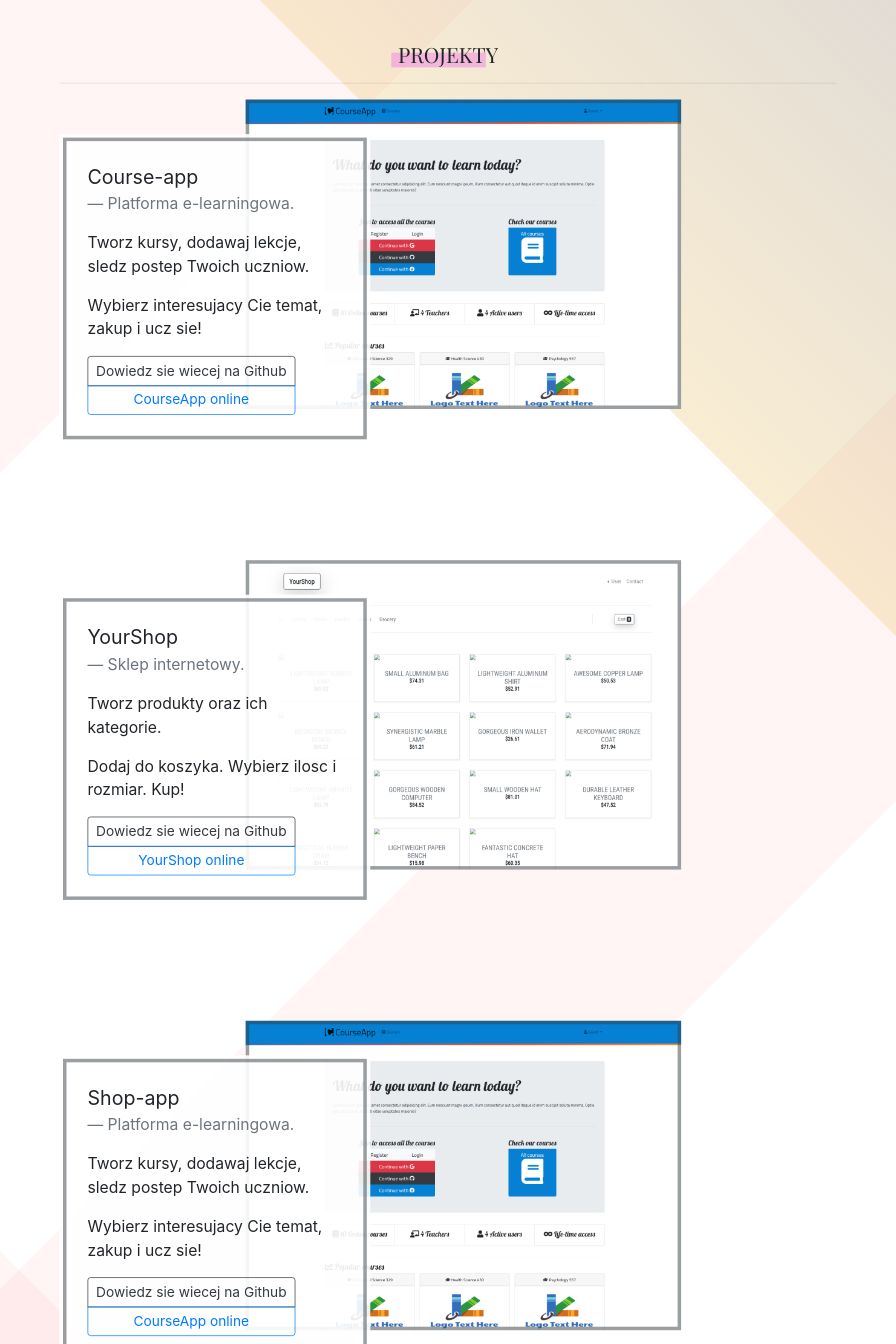
Repository: debicky/debicky.github.io
Page: index.html
The author's editor kept a copy of each file at every save. The page is drawn from the files as they stood at one save, then again after a run of saves.
The browser window is 1280 px wide. The pictures show the part of the page from y = 1715 to 3635 px (the page is 4616 px tall), at 70% of full size.
Some web libraries are served in a nearby version.

Above is the page before, as saved 2020-06-15 13:36:45.

### index.html
<!DOCTYPE html>
<html lang="en">
<head>
  <meta charset="UTF-8">
  <meta name="viewport" content="width=device-width, initial-scale=1.0">
  <title>Debicky</title>
  <link rel="stylesheet" href="https://stackpath.bootstrapcdn.com/bootstrap/4.5.0/css/bootstrap.min.css" integrity="sha384-9aIt2nRpC12Uk9gS9baDl411NQApFmC26EwAOH8WgZl5MYYxFfc+NcPb1dKGj7Sk" crossorigin="anonymous">
  <link rel="stylesheet" href="https://cdnjs.cloudflare.com/ajax/libs/font-awesome/5.11.2/css/all.min.css">
  <link rel="stylesheet" href="styles.css">
  <link rel="stylesheet" href="https://unpkg.com/aos@next/dist/aos.css" />

</head>
<body>


  <header>
    <div class="signature" data-aos="fade-in" data-aos-duration="2000">
      <h5 class="signature-heading ">Debicky<span class="text-danger font-weight-bolder">.</span></h5>
      <h3 class="signature-subheading">Młodszy Programista Ruby on Rails</h3>
    </div>

    <div class="container">
      <nav class="navbar navbar-expand-md p-0 rounded" data-aos="fade-in" data-aos-duration="3000">
        <button class="navbar-toggler" type="button" data-toggle="collapse" data-target="#navbarSupportedContent" aria-controls="navbarSupportedContent" aria-expanded="false" aria-label="Toggle navigation">
          <i class="fas fa-bars"></i>
          <i class="fas fa-times"></i>
        </button>

        <div class="collapse navbar-collapse d-md-flex justify-content-center" id="navbarSupportedContent">
          <ul class="navbar-nav">
            <li class="nav-item">
              <a class="nav-link" href="#about">Umiejętności</a>
            </li>
            <li class="nav-item">
              <a class="nav-link" href="#projects">Projekty</a>
            </li>
            <li class="nav-item">
              <a class="nav-link" href="#contact">Kontakt</a>
            </li>
          </ul>
        </div>
      </nav>
    </div>
  </header>

  <section class="about" id="about">
    <div class="container">
      <h1 class="text-center">Umiejętności</h1>

        <div class="about-content">
          <div class="main-about-description">
            <h5 class="text-uppercase">Moja praca</h5>
            <p>Projekty wykonane w oparciu o framework <img src="/images/icons/ror.svg" alt="ror-icon"><b> Ruby on Rails 6</b>.
            <p>Bazy danych <i class="fas fa-database"></i><b> PostgreSQL</b>.</p>
            <p><i class="far fa-gem text-danger"></i> Biblioteki takie jak: <b>Devise</b>, <b>Faker</b>, <b>Simple_form</b>, <b>Friendly_id</b> w celu sprawnej aranżacji produktu. </p>
            <p>Struktura, wyglad i responsywnosc stron tworzona przy pomocy <span><i class="fab fa-bootstrap text-bootstrap"></i> <b>Bootstrap</b></span>, <span><img src="/images/icons/css.svg" alt="css-icon"> <b>Css</b></span> i <span><i class="fab fa-sass"></i> <b>Sass</b></span>.</p>
            <p>Interakcja dzieki <img src="/images/icons/js.svg" alt="js-icon"><b>Javascript</b> oraz <span><img src="/images/icons/jquery.svg" alt="jquery-icon"> <b> jQuery</b></span>.</p>
          </div>
          <div class="minor-about-description">
            <h5 class="text-uppercase">Dodatkowe technologie</h5>
            <p><i class="fab fa-github"></i> <b>Github</b> bezpieczenstwo kodu  - <a href="https://github.com/debicky" target="_blank" class="text-dark font-italic">sprawdz moj profil</a>.</p>
            <p><img src="/images/icons/figma.svg" alt="figma-icon"> <b>Figma</b> sprawne prototypowanie UX/UI.</p>
          </div>
          <div class="project-down d-none d-sm-flex" id="project-down">
            <span class="font-italic"><b>Projekty</b></span>
            <i class="fas fa-chevron-down"></i>
          </div>
        </div>

    </div>
  </section>




  <section class="projects" id="projects">
    <div class="container">
      <h1 class="text-center">Projekty</h1>
      <hr>

        <div class="project-content">
          <div class="project-description">
            <blockquote class="blockquote">
              <p class="mb-0">Course-app</p>
              <span class="blockquote-footer">Platforma e-learningowa.</footer>
            </blockquote>
            <p>Tworz kursy, dodawaj lekcje, sledz postep Twoich uczniow.</p>
            <p>Wybierz interesujacy Cie temat, zakup i ucz sie!</p>
            <div class="btn-group-vertical">
              <a href="https://github.com/debicky/course-application" target="_blank" class="btn btn-outline-dark btn-sm">Dowiedz sie wiecej na Github </a>
              <a href="https://course-application-debart.herokuapp.com/" target="_blank" class="btn btn-outline-primary btn-sm">CourseApp online</a>
            </div>
          </div>
          <div class="project-image">
            <a href="/images/1.jpeg">
              <img src="/images/course.png" alt="course-app-screenshot">
            </a>
          </div>
        </div>

        <div class="project-content">
          <div class="project-description">
            <blockquote class="blockquote">
              <p class="mb-0">YourShop</p>
              <span class="blockquote-footer">Sklep internetowy.</footer>
            </blockquote>
            <p>Tworz produkty oraz ich kategorie.</p>
            <p>Dodaj do koszyka. Wybierz ilosc i rozmiar. Kup!</p>
            <div class="btn-group-vertical">
              <a href="https://github.com/debicky/yourshop" target="_blank" class="btn btn-outline-dark btn-sm">Dowiedz sie wiecej na Github </a>
              <a href="http://your-shop-debart.herokuapp.com/" target="_blank" class="btn btn-outline-primary btn-sm">YourShop online</a>
            </div>
          </div>
          <div class="project-image">
            <a href="/images/1.jpeg">
              <img src="/images/shop.png" alt="shop-app-screenshot">
            </a>
          </div>
        </div>

        <div class="project-content">
          <div class="project-description">
            <blockquote class="blockquote">
              <p class="mb-0">Shop-app</p>
              <span class="blockquote-footer">Platforma e-learningowa.</footer>
            </blockquote>
            <p>Tworz kursy, dodawaj lekcje, sledz postep Twoich uczniow.</p>
            <p>Wybierz interesujacy Cie temat, zakup i ucz sie!</p>
            <div class="btn-group-vertical">
              <a href="https://github.com/debicky/course-application" target="_blank" class="btn btn-outline-dark btn-sm">Dowiedz sie wiecej na Github </a>
              <a href="https://course-application-debart.herokuapp.com/" target="_blank" class="btn btn-outline-primary btn-sm">CourseApp online</a>
            </div>
          </div>
          <div class="project-image">
            <a href="/images/1.jpeg">
              <img src="/images/course.png" alt="img1">
            </a>
          </div>
        </div>


    </div>
  </section>

  <section class="contact" id="contact">
    <div class="container">
      <h1 class="text-center">Kontakt</h1>
      <hr>

      <div class="row">
        <div class="col-12 col-md-6 col-lg-6 mb-5 mb-md-0">
          <div class="jumbotron">
            Potrzebujesz wiecej informacji?
            Wyslij mi wiadomosc e-mail lub skontaktuj sie przez Messenger!
          </div>
        </div>
        <div class="col-12 col-md-6 col-lg-6 mb-5 mb-md-0">
          <div class="jumbotron">SECOND</div>
        </div>
      </div>
    </div>
  </section>


  <footer class="py-5">
    <div class="up" id="up">
      <i class="fas fa-chevron-up"></i>
    </div>
    <div class="container">
      <div class="row">
        <div class="col-12 col-md-5 col-lg-4 mb-5 mb-md-0">
          <div class="signature-footer">
            <h5 class="signature-footer-heading">Debicky<span class="text-danger font-weight-bolder">.</span></h5>
            <h3 class="signature-footer-subheading">Programista Ruby on Rails</h3>
          </div>
          <small class="d-block mt-2 text-muted">&copy; 2020</small>
        </div>
        <div class="col-12 col-md-5 col-lg-4 mb-5">
          <h5 class="text-uppercase">Media</h5>
            <ul class="list-unstyled mb-0">
              <li>
                <a href="https://www.facebook.com/artur.debicki.5" class="text-muted"><i class="fab fa-facebook"></i> Facebook</a>
              </li>
              <li>
                <a href="https://www.instagram.com/debicky" class="text-muted"><i class="fab fa-instagram"></i> Instagram</a>
              </li>
              <li>
                <a href="https://github.com/debicky" class="text-muted"><i class="fab fa-github"></i> Github</a>
              </li>
            </ul>
        </div>
        <div class="col-12 col-md-5 col-lg-4">
          <h5 class="text-uppercase">Kontakt</h5>
            <ul class="list-unstyled mb-0">
              <li>
                <a href="mailto:arturd444@gmail.com" class="text-muted"><i class="fas fa-envelope"></i> arturd444@gmail.com</a>
              </li>
              <li>
                <p class="text-muted"><i class="fa fa-phone"></i> +48 692 138 221</p>
              </li>
            </ul>
        </div>
      </div>
    </div>
  </footer>



  <script src="https://code.jquery.com/jquery-3.5.0.min.js" crossorigin="anonymous"></script>
  <script src="https://cdn.jsdelivr.net/npm/popper.js@1.16.0/dist/umd/popper.min.js" integrity="sha384-Q6E9RHvbIyZFJoft+2mJbHaEWldlvI9IOYy5n3zV9zzTtmI3UksdQRVvoxMfooAo" crossorigin="anonymous"></script>
  <script src="https://stackpath.bootstrapcdn.com/bootstrap/4.5.0/js/bootstrap.min.js" integrity="sha384-OgVRvuATP1z7JjHLkuOU7Xw704+h835Lr+6QL9UvYjZE3Ipu6Tp75j7Bh/kR0JKI" crossorigin="anonymous"></script>
  <script src="https://unpkg.com/aos@next/dist/aos.js"></script>
  <script src="script.js"></script>

</body>
</html>

### styles.css
@import url('https://fonts.googleapis.com/css?family=Playfair+Display+SC|Roboto:300,400&display=swap');

@font-face {
  font-family: "AmostelySignature";
  src: url("/fonts/AmostelySignature.ttf");
  }


* {
  margin: 0;
  padding: 0;
  box-sizing: border-box;
}

body {
  background-image: linear-gradient(45deg, transparent 0%, transparent 55%,rgba(238, 202, 125, 0.336) 55%, rgba(83, 67, 67, 0.219) 76%,transparent 76%, transparent 100%),linear-gradient(135deg, transparent 0%, transparent 14%,rgba(255,1,1, 0.04) 14%, rgba(255,1,1, 0.04) 41%,transparent 41%, transparent 100%),linear-gradient(45deg, transparent 0%, transparent 2%,rgba(255,1,1, 0.04) 2%, rgba(255,1,1, 0.04) 18%,transparent 18%, transparent 100%),linear-gradient(135deg, transparent 0%, transparent 61%,rgba(255,1,1, 0.04) 61%, rgba(255,1,1, 0.04) 71%,transparent 71%, transparent 100%),linear-gradient(90deg, rgb(255,255,255),rgb(255,255,255));
}

html {
  font-family: "Roboto", sans-serif;

}

a:hover {
  text-decoration: none;
}

.text-bootstrap{
  color: #563d7c;
}

p span{
  white-space: pre;
}

/* Heading */

header{
  height: 100vh;
  width: 100%;
  display: flex;
  flex-direction: column;
  align-items: center;
  justify-content: center;

}

.signature{
  color: black;
  text-align: center;
  user-select: none;
}

.signature-heading{
  font-family: 'AmostelySignature', cursive;
  font-size: 7rem;
  margin-bottom: 30px;
}

.signature-subheading{
  font-family: 'Playfair Display SC', sans-serif;
  font-size: 1.5rem;
  text-transform: uppercase;
  margin-bottom: 20px;
}

/* Navbar */

.navbar{
  background-color: #384147;
}

.navbar-toggler i{
  color: #fff;
  font-size: 1.2rem;
}

.navbar-toggler .fa-times{
  display: none;
}

.navbar-toggler.menu-open  .fa-bars{
  display: none;
}

.navbar-toggler.menu-open  .fa-times{
  display: block;
}

.navbar-nav{
  padding: 20px;
}

.nav-link{
  color: #fff;
  text-transform: uppercase;
  transition: opacity .5s;
  font-size: 1rem;
}

.nav-link:hover{
  color: maroon;
}

/* about */

.about {
  height: 100vh;
  justify-content: center;
  align-items: center;
}

.about img{
height: 18px;
}

.main-about-description{
  width: 100%;
  background-color: rgba(255, 255, 255, .4);
  padding: 30px;
  outline: 5px solid rgba(56, 65, 71, 0.5);
  outline-offset: -5px;
  order: 1;
  margin-top: 5px;
}

.minor-about-description{
  width: 100%;
  background-color: rgba(255, 255, 255, .4);
  padding: 30px;
  outline: 5px solid rgba(56, 65, 71, 0.5);
  outline-offset: -5px;
  order: 1;
  margin-top: 5px;
}

.project-down{
  flex-direction: column;
  justify-content: center;
  align-items: center;
  width: 5rem;
  height: 5rem;
  background-color: #fff;
  border-radius: 100%;
  margin: 5rem;
  animation: pulse 2.5s infinite;
  cursor: pointer;
  z-index: 1;
}

.project-down i{
  color: #151515;
  font-size: 2rem;
}





/* section headers */

section h1{
  font-family: 'Playfair Display SC', sans-serif;
  font-size: 30px;
  text-transform: uppercase;
  position: relative;
  z-index: 1;
}

section h1::before {
  content: ' ';
  position: absolute;
  width: 6rem;
  background: #ec52ec57;
  height: .7em;
  bottom: 0;
  z-index: -1;
  margin-left: -.3em;
}

/* Projects */

.projects{
  margin-top: 20vh;
}

.project-content{
  margin-bottom: 10vh;
}

.project-description{
  width: 100%;
  background-color: rgba(255, 255, 255, 0.9);
  padding: 40px;
  outline: 5px solid rgba(56, 65, 71, 0.5);
  outline-offset: -5px;
  order: 1;
  margin-top: 5px;
}

.project-image{
  order: 2;
}

.project-image img{
  outline: 5px solid rgba(56, 65, 71, 0.5);
  outline-offset: -5px;
  width: 100%;
  height: auto;
  display: block;
}







/* Contact */

.contact{
  height: 70vh;
}


.jumbotron{
  width: 100%;
  display: flex;
  align-items: center;
  justify-content: center;
}

/* Footer */


footer {
  background-color: #151515;
  color: #fff;
}

.signature-footer{
  user-select: none;
}

.signature-footer-heading{
  font-family: 'AmostelySignature', cursive;
  font-size: 50px;
  margin-bottom: 30px;
  color: #fff;
}

.signature-footer-subheading{
  font-family: 'Playfair Display SC', sans-serif;
  font-size: 12px;
  text-transform: uppercase;
  color: #fff;
}

footer h5{
  font-family: 'Playfair Display SC', sans-serif;

}


a.text-muted:hover{
  color: maroon !important;
}

.up{
  position: absolute;
  width: 5rem;
  height: 5rem;
  background-color: #fff;
  right: 3rem;
  border-radius: 100%;
  display: flex;
  animation: pulse 2.5s infinite;
  cursor: pointer;
  z-index: 1;
}

.up i{
  color: #151515;
  font-size: 2rem;
  margin: auto;
}

@keyframes pulse {
  0%{
    box-shadow: 0 0 0 0 rgba(238, 132, 125, 0.99);
  }
  70%{
    box-shadow: 0 0 0 2rem rgba(238, 202, 125, 0);

  }
  100%{
    box-shadow: 0 0 0 0 rgba(238, 202, 125, 0);

  }
}

/* Responsive */

@media screen and (min-width: 768px) {
  .navbar{
    background-color: transparent;
  }
  .navbar-nav{
    padding: 0;
  }
  .nav-link{
    color: #384147;
  }

  nav:hover .nav-link:not(:hover){
    opacity: .5;
  }

  /* about resposnive */

  .about{
    margin-top: 15%;
  }

  .about-content{
    position: relative;
    display: block;
  }

  .minor-about-description{
    position: absolute;
    transform: translateY(-35%);
    left: 53%;
    width: 45%;
    padding: 20px;
    background-color: #fff;
  }

  .project-content{
    margin-bottom: 30vh;
  }



  /* project responsive */
  .project-content{
    position: relative;
    display: block;
  }

  .project-description{
    position: absolute;
    top: 80%;
    transform: translateY(-50%);
    width: 60%;
    outline-offset: -10px;
  }

  .project-image img{
    width: 70%;
    margin-left: auto;
  }

}

@media screen and (min-width: 1200px) {
  html{
    font-size: 1.4rem;
  }

  .project-description{
    top: 60%;
    width: 40%;
  }

  .project-content .project-description:nth-child(2n){
    top: 10%;
    width: 40%;
  }

  .project-image{
    width: 80%;
  }

  .contact{
    height: 70vh;
  }

  footer{
    height: 30vh;
  }

}

### script.js
$(document).ready(function () {

  AOS.init();


  $('.navbar-toggler').on('click', function () {
    $(this).toggleClass('menu-open');
  })

  $('.navbar .nav-link').on('click', function () {
    $('.navbar-collapse').toggleClass('show')
    $('.navbar-toggler').removeClass('menu-open')
  });

  $('nav a[href*="#').on('click', function () {
    $('html, body').animate({
      scrollTop: $($(this).attr('href')).offset().top - 100
    }, 900);
  });

  $('#project-down').on('click', function () {
    $('html, body').animate({
      scrollTop: $('#projects').offset().top - 10
    }, 900);
  });

  $('#up').on('click', function () {
    $('html, body').animate({
      scrollTop: 0
    }, 900);
  });






})

After the next 2 saves:
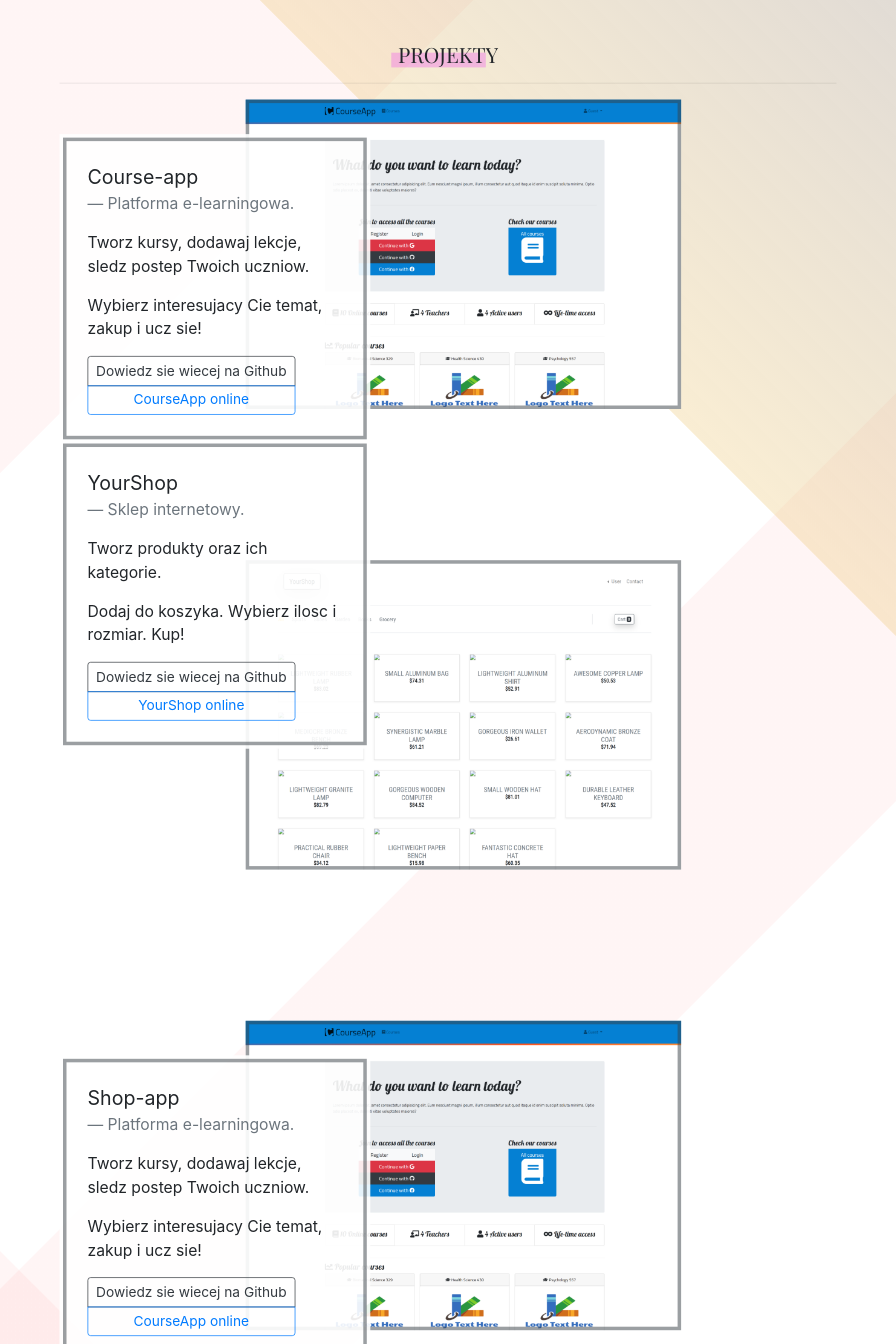
The 2 saves are shown as one change because they came seconds apart.
The last was saved 16 s later.
--- a/styles.css
+++ b/styles.css
@@ -373,7 +373,7 @@ a.text-muted:hover{
     width: 40%;
   }
 
-  .project-content .project-description:nth-child(2n){
+  .project-content:nth-child(2n) .project-description{
     top: 10%;
     width: 40%;
   }

After the save that followed:
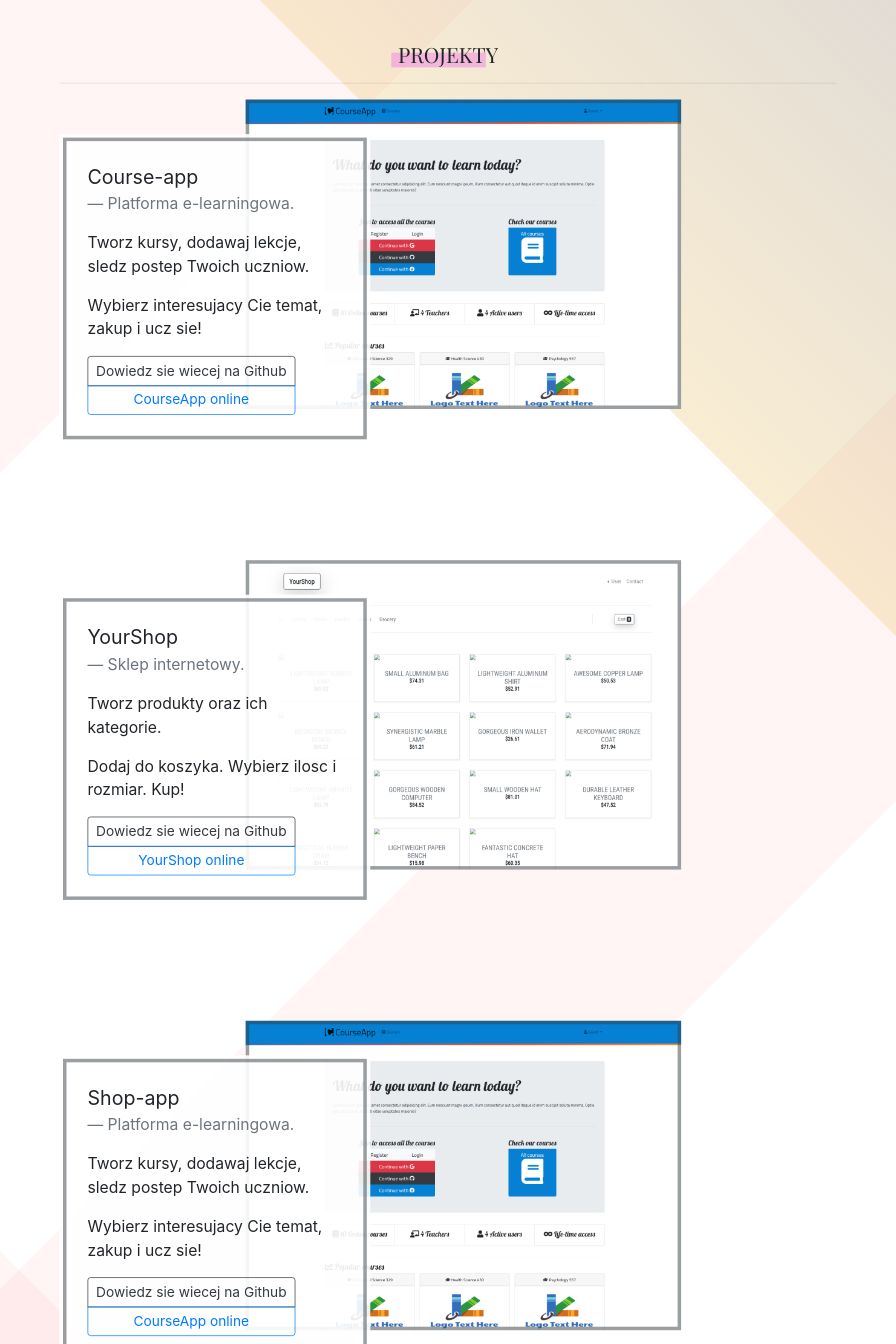
Saved 25 s later.
--- a/styles.css
+++ b/styles.css
@@ -374,7 +374,7 @@ a.text-muted:hover{
   }
 
   .project-content:nth-child(2n) .project-description{
-    top: 10%;
+    top: 60%;
     width: 40%;
   }
 
